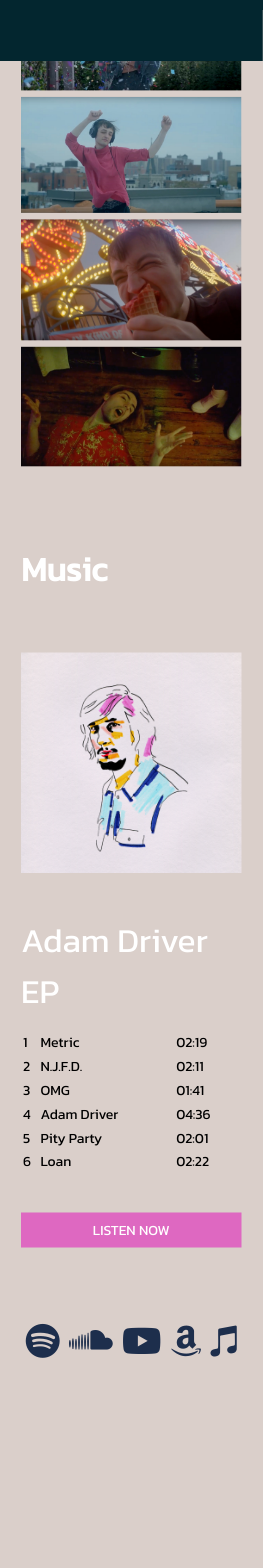
Repository: KrystellBarraza/SipperNYC
Page: index.html
These files come from the project's save history. The page is drawn as it stood at one moment and after the next save; the edit follows.
The browser window is 375 px wide. The pictures show the part of the page from y = 713 to 2953 px (the page is 2953 px tall before and 2749 px after), at 70% of full size.
Some web libraries are served in a nearby version.

Above is the page before, as saved 2019-08-21 05:40:53.

After the next save:
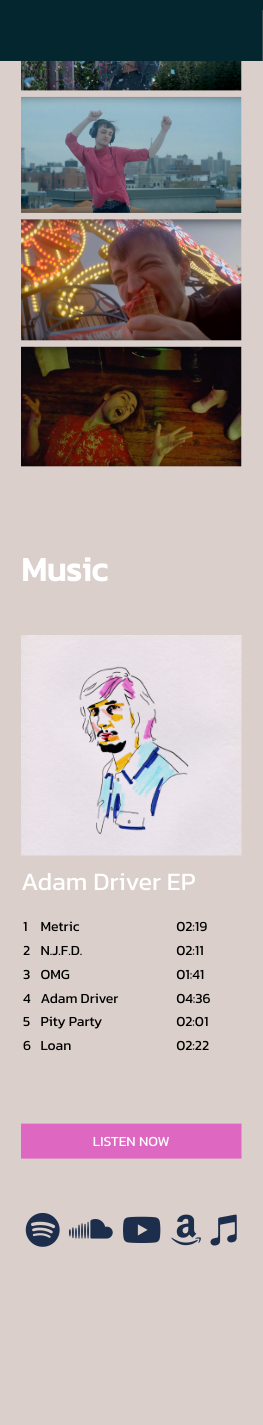
Saved 6 min 43 s later.
--- a/style.css
+++ b/style.css
@@ -543,7 +543,7 @@ i.fab:hover {
         width: 100%;
     }
 
-    .ep-title {
+    .music-k > .ep-title {
         font-size: 36px;
     }
 
